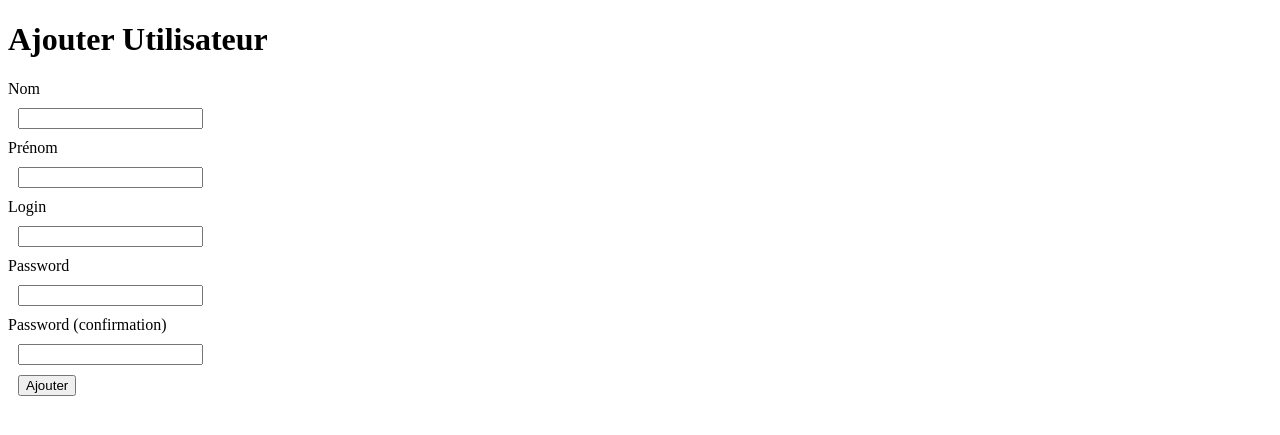
Repository: mbathio/jee
Page: http://localhost/gesusers/add
These files come from the project's save history. The page is drawn as it stood at one moment and after the next save; the edit follows.
The browser window is 1280 px wide. The pictures show the whole page.
The page is served by Tomcat 10. Other server files are loaded and not shown.

Above is the page before, as saved 2025-05-05 07:59:18.

### gesusers/src/main/webapp/WEB-INF/ajouterUtilisateur.jsp

<!DOCTYPE html>
<%@taglib  prefix="c" uri="http://java.sun.com/jsp/jstl/core" %>
<html>
<head>
<meta charset="ISO-8859-1">
<title>Ajouter Utilisateur</title>
<style>
   lebal,input,span
   {
   	display: block;
   	margin: 10px;
   }
   .error
   {
   	color: tomato;
   }
</style>
</head>
<body>
	 <h1>Ajouter Utilisateur</h1>

	 <form method="post">
	   <label for="nom">Nom</label>
	   <input type="text" id="nom" name="nom" value="${utilisateur.nom }">
	   <c:if test="${!empty erreurs.nom }">
	   	<span class="error">${erreurs.nom}</span>
	   </c:if>
	   <label for="prenom">Prénom</label>
	   <input type="text" id="prenom" name="prenom" value="${utilisateur.prenom}">
	   <c:if test="${!empty erreurs.prenom }">
	   	<span class="error">${erreurs.prenom }</span>
	   </c:if>
	   <label for="login">Login</label>
	   <input type="text" id="login" name="login" value="${utilisateur.login  }">
	   <c:if test="${!empty erreurs.login }">
	   	<span class="error">${erreurs.login }</span>
	   </c:if>
	   <label for="password">Password</label><br>
	   <input type="password" id="password" name="password">
	   <c:if test="${!empty erreurs.password }">
	   	<span class="error">${erreurs.password }</span>
	   </c:if>
	   <label for="passwordBis">Password (confirmation)</label><br>
	   <input type="password" id="passwordBis" name="passwordBis">
	   <c:if test="${!empty erreurs.password }">
	   	<span class="error">${erreurs.password}</span>
	   </c:if>
	   <input type="submit" value="Ajouter">
	 </form>

</body>
</html>

### gesusers/src/main/java/servlets/AddUser.java
package servlets;

import jakarta.servlet.http.HttpServlet;
import jakarta.servlet.http.HttpServletRequest;
import jakarta.servlet.http.HttpServletResponse;
import jakarta.servlet.annotation.WebServlet;
import jakarta.servlet.ServletException;

import java.io.IOException;

import beans.Utilisateur;
import dao.UtilisateurDao;

@WebServlet("/add")
public class AddUser extends HttpServlet
{
    private static final String VUE_AJOUT_UTILISATEUR = "/WEB-INF/ajouterUtilisateur.jsp";

    @Override
    protected void doGet(HttpServletRequest request, HttpServletResponse response) throws ServletException, IOException
    {
        getServletContext().getRequestDispatcher(VUE_AJOUT_UTILISATEUR).forward(request, response);
    }

    @Override
    protected void doPost(HttpServletRequest request, HttpServletResponse response) throws ServletException, IOException
    {
        // Récupérer les paramètres du formulaire
        String nom = request.getParameter("nom");
        String prenom = request.getParameter("prenom");
        String login = request.getParameter("login");
        String password = request.getParameter("password");

        // Créer un nouvel utilisateur
        Utilisateur utilisateur = new Utilisateur(nom, prenom, login, password);

        // Ajouter l'utilisateur à la base de données
        UtilisateurDao.ajouter(utilisateur);

        // Rediriger vers la liste des utilisateurs
        response.sendRedirect(request.getContextPath() + "/list");
    }
}

After the next save:
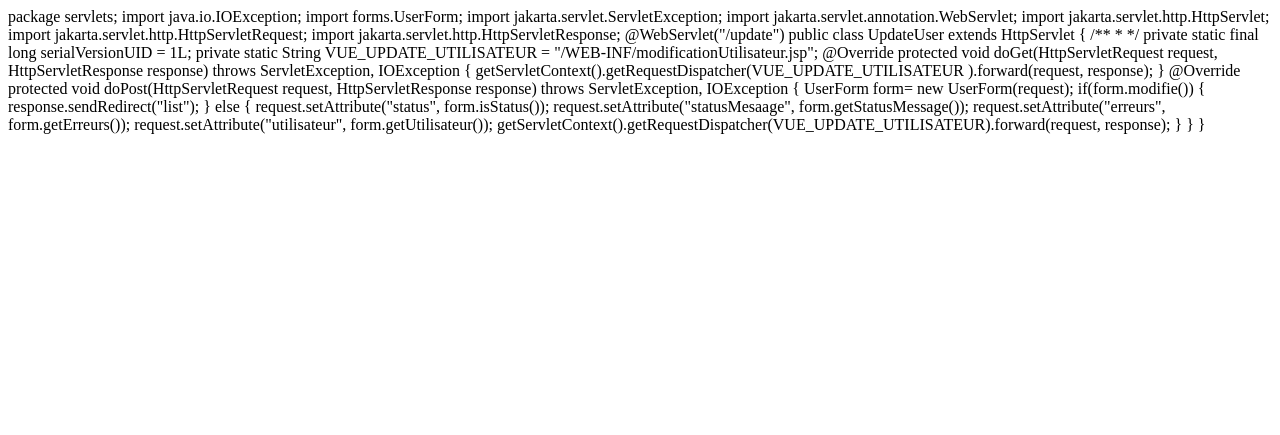
Saved 68 s later.
--- a/gesusers/src/main/webapp/WEB-INF/ajouterUtilisateur.jsp
+++ b/gesusers/src/main/webapp/WEB-INF/ajouterUtilisateur.jsp
@@ -1,53 +1,48 @@
+package servlets;
 
-<!DOCTYPE html>
-<%@taglib  prefix="c" uri="http://java.sun.com/jsp/jstl/core" %>
-<html>
-<head>
-<meta charset="ISO-8859-1">
-<title>Ajouter Utilisateur</title>
-<style>
-   lebal,input,span
-   {
-   	display: block;
-   	margin: 10px;
-   }
-   .error
-   {
-   	color: tomato;
-   }
-</style>
-</head>
-<body>
-	 <h1>Ajouter Utilisateur</h1>
+import java.io.IOException;
 
-	 <form method="post">
-	   <label for="nom">Nom</label>
-	   <input type="text" id="nom" name="nom" value="${utilisateur.nom }">
-	   <c:if test="${!empty erreurs.nom }">
-	   	<span class="error">${erreurs.nom}</span>
-	   </c:if>
-	   <label for="prenom">Prénom</label>
-	   <input type="text" id="prenom" name="prenom" value="${utilisateur.prenom}">
-	   <c:if test="${!empty erreurs.prenom }">
-	   	<span class="error">${erreurs.prenom }</span>
-	   </c:if>
-	   <label for="login">Login</label>
-	   <input type="text" id="login" name="login" value="${utilisateur.login  }">
-	   <c:if test="${!empty erreurs.login }">
-	   	<span class="error">${erreurs.login }</span>
-	   </c:if>
-	   <label for="password">Password</label><br>
-	   <input type="password" id="password" name="password">
-	   <c:if test="${!empty erreurs.password }">
-	   	<span class="error">${erreurs.password }</span>
-	   </c:if>
-	   <label for="passwordBis">Password (confirmation)</label><br>
-	   <input type="password" id="passwordBis" name="passwordBis">
-	   <c:if test="${!empty erreurs.password }">
-	   	<span class="error">${erreurs.password}</span>
-	   </c:if>
-	   <input type="submit" value="Ajouter">
-	 </form>
+import forms.UserForm;
+import jakarta.servlet.ServletException;
+import jakarta.servlet.annotation.WebServlet;
+import jakarta.servlet.http.HttpServlet;
+import jakarta.servlet.http.HttpServletRequest;
+import jakarta.servlet.http.HttpServletResponse;
+@WebServlet("/update")
+public class UpdateUser extends HttpServlet {
 
-</body>
-</html>
+	/**
+	 *
+	 */
+	private static final long serialVersionUID = 1L;
+	private static String VUE_UPDATE_UTILISATEUR = "/WEB-INF/modificationUtilisateur.jsp";
+
+	@Override
+	protected void doGet(HttpServletRequest request, HttpServletResponse response) throws ServletException, IOException {
+
+				getServletContext().getRequestDispatcher(VUE_UPDATE_UTILISATEUR ).forward(request, response);
+
+	}
+
+	  @Override
+	    protected void doPost(HttpServletRequest request, HttpServletResponse response) throws ServletException, IOException {
+
+		  UserForm form= new UserForm(request);
+
+		  if(form.modifie())
+	    	{
+	    		response.sendRedirect("list");
+	    	}
+		  else
+	    	{
+	    		request.setAttribute("status", form.isStatus());
+	    		request.setAttribute("statusMesaage", form.getStatusMessage());
+	    		request.setAttribute("erreurs", form.getErreurs());
+	    		request.setAttribute("utilisateur", form.getUtilisateur());
+	    		getServletContext().getRequestDispatcher(VUE_UPDATE_UTILISATEUR).forward(request, response);
+	    	}
+
+
+	    }
+
+}
